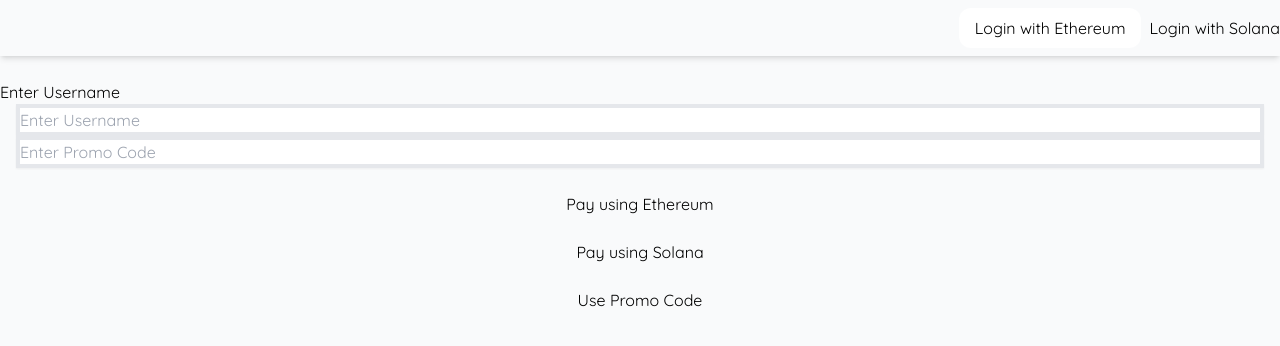
Repository: 22shivam/Polychain
Page: / (app in frontend/)
The author's editor kept a copy of each file at every save. The page is drawn from the files as they stood at one save, then again after a run of saves.
The browser window is 1280 px wide. The pictures show the whole page.
The page's requests for data from a server got no answer. The project was rebuilt for these pictures with package versions that can differ from the ones it lists, and the page was loaded fresh each time. The framework's server and built-in components were replaced by stand-ins that run in the browser. No one was signed in, and anything a server would have sent is missing. Also part of the build but not shown: frontend/next.config.js.

Above is the page before, as saved 2022-01-01 11:47:56.

### frontend/pages/_app.js
import React from 'react';
import '../styles/globals.css'
import { useState, createContext } from 'react';

const UserContext = createContext({
  userAccount: "",
  setUserAccount: () => { }
});

function MyApp({ Component, pageProps }) {
  const [userAccount, setUserAccount] = useState({});
  const value = { userAccount, setUserAccount };
  console.log(userAccount)


  return (
    <UserContext.Provider value={value}>
      <Component {...pageProps} />
    </UserContext.Provider>
  )
}

export default MyApp
export { UserContext };

### frontend/pages/_document.js
import Document, { Html, Head, Main, NextScript } from 'next/document'

class MyDocument extends Document {
    render() {
        return (
            <Html>
                <Head>
                    <script src="https://cdn.jsdelivr.net/gh/alpinejs/alpine@v2.x.x/dist/alpine.min.js" defer></script>
                    <link rel="preconnect" href="https://fonts.googleapis.com" />
                    <link rel="preconnect" href="https://fonts.gstatic.com" crossorigin />
                    <link href="https://fonts.googleapis.com/css2?family=Quicksand:wght@300;400;500;600;700&display=swap" rel="stylesheet" />
                </Head>
                <body className='bg-gray-50'>
                    <Main />
                    <NextScript />
                </body>
            </Html>
        )
    }
}

export default MyDocument

### frontend/pages/index.js
import { useState, useEffect, useContext } from "react";
import transferSOL from "../lib/transferSol";
import transferEth from "../lib/transferEth";
import createPostRequest from "../lib/createPostRequest";
import { ethers } from "ethers";
import Link from 'next/link'
import getSolanaProvider from "../lib/getSolanaProvider";
import { UserContext } from "./_app";
import * as web3 from "@solana/web3.js";

export default function App() {
    console.log("rerendering")
    const [username, setUsername] = useState("")
    const [promoCode, setPromoCode] = useState("");
    const { userAccount, setUserAccount } = useContext(UserContext);

    const handleLogout = async () => {
        console.log(userAccount.blockchain)
        if (userAccount.blockchain == "sol") {
            window.solana.disconnect()
        }
        const response = await fetch("http://localhost:3001/logout", {
            credentials: 'include'
        })

        const processedResponse = await response.json()
        console.log(processedResponse)
        setUserAccount({})
    }

    useEffect(() => {
        // ask them to login either through solana or eth
        (async () => {
            console.log("fetching username details")
            const response = await fetch("http://localhost:3001/isLoggedIn", {
                credentials: 'include'
            })
            const processedResponse = await response.json()
            console.log("processedResponse", processedResponse)
            if (!processedResponse.isLoggedIn) {
                return console.log("please login first")
            } else {
                setUserAccount({ address: processedResponse.address, blockchain: processedResponse.blockchain })
            }
        })()
    }, [])

    useEffect(() => {
        if (window.ethereum) {
            window.ethereum.on('accountsChanged', handleLogout);
        }
        if (window.solana) {
            window.solana.on("disconnect", handleLogout)
        }
        return () => {
            if (window.ethereum) {
                window.ethereum.removeListener('accountsChanged', handleLogout);
            }
            if (window.solana) {
                window.solana.removeListener("disconnect", handleLogout);
            }
        }
    }, [])

    const registerUsingPromoCode = async (e) => {

        if (!window.ethereum)
            throw new Error("No Ethereum Crypto wallet found. Please install it.");
        // await window.ethereum.send("eth_requestAccounts");
        // const accounts = await window.ethereum.request({ method: 'eth_accounts' });
        if (!userAccount.address) {
            // ask them to login either through solana or eth
            return console.log("please login first")
        }

        const requestObject = {
            username,
            promoCode,
            address: userAccount.address,
            blockchain: userAccount.blockchain
        }

        try {
            const registrationResponse = await createPostRequest("http://localhost:3001/register/promo", requestObject)
            console.log(registrationResponse)
        } catch (err) { console.log("registration failed:", err) }

    }

    const registerUsingSolana = async (e) => {
        const coinbaseResponse = await fetch("https://api.coinbase.com/v2/exchange-rates")
        const data = await coinbaseResponse.json()
        const solPerUSD = data.data.rates.SOL
        const SOLpayValue = solPerUSD * 5
        const hash = await transferSOL(SOLpayValue, "AA6bqLgTzYPpFFH2R9XLdudibWcemLkKDRtZmPQEsEiS", setUserAccount);
        if (!hash) { return }

        const requestObject = {
            hash,
            username
        }

        try {
            const registrationResponse = await createPostRequest("http://localhost:3001/register/sol", requestObject)
            console.log(registrationResponse)
        } catch (err) { console.log("registration failed:", err) }


    }

    const registerUsingEthereum = async (e) => {
        // make get request to https://api.coinbase.com/v2/exchange-rates
        // get the USD value of ETH
        const coinbaseResponse = await fetch("https://api.coinbase.com/v2/exchange-rates")
        const data = await coinbaseResponse.json()
        const ethPerUSD = data.data.rates.ETH
        const ETHpayValue = ethPerUSD * 5

        const tx = await transferEth({
            ether: ETHpayValue.toString(),
            addr: "0x76aEB5092D8eabCec324Be739b8BA5dF473F0055"
        }, setUserAccount)
        if (!tx) { return }

        const requestObject = {
            tx,
            username
        }
        try {
            const registrationResponse = await createPostRequest("http://localhost:3001/register/eth", requestObject)
            console.log(registrationResponse)
        } catch (err) { console.log("registration failed:", err) }
    }

    const ethLogin = async (e) => {
        try {
            if (!window.ethereum)
                throw new Error("No Ethereum Crypto wallet found. Please install it.");
            // await window.ethereum.send("eth_requestAccounts");
            // const accounts = await window.ethereum.request({ method: 'eth_accounts' });
            const accounts = await window.ethereum.request({
                method: "wallet_requestPermissions",
                params: [{
                    eth_accounts: {}
                }]
            }).then(() => ethereum.request({
                method: 'eth_requestAccounts'
            }))
            // const accounts = await ethereum.request({ method: "eth_requestAccounts" })
            const provider = new ethers.providers.Web3Provider(window.ethereum);
            const signer = provider.getSigner();
            const message = `Logging in.... \n \n Random ID: ${Math.random().toString(36).slice(2)}`
            const signature = await signer.signMessage(message)
            const requestObject = {
                signature,
                message,
                address: accounts[0]
            }
            const loginResponse = await createPostRequest("http://localhost:3001/login/eth", requestObject)

            if (loginResponse.success) {
                setUserAccount({ address: accounts[0], blockchain: "eth" })
            }

            console.log(loginResponse)
        } catch (err) { console.log(err) }

    }

    const solLogin = async (e) => {
        try {
            const provider = await (async () => {
                if ("solana" in window) {
                    // await window.solana.request({ method: "disconnect" });
                    await window.solana.connect();
                    const provider = window.solana;
                    console.log("Is Phantom installed?  ", provider.isPhantom);
                    return provider
                } else {
                    window.open("https://www.phantom.app/", "_blank");
                }
            })()
            const message = `Logging in.... \n \n Random ID: ${Math.random().toString(36).slice(2)}`
            const encodedMessage = new TextEncoder().encode(message);
            const signedMessage = await window.solana.signMessage(encodedMessage, "utf8")
            console.log(JSON.parse(JSON.stringify(signedMessage.publicKey)).toString())
            console.log(signedMessage.publicKey.toBase58()) // returns publickey in base58.
            console.log(new web3.PublicKey(signedMessage.publicKey.toBase58()))
            console.log(Object.getPrototypeOf(signedMessage.publicKey))
            console.log(signedMessage.publicKey)
            console.log(signedMessage.publicKey)
            console.log(signedMessage.publicKey._bn)
            console.log(signedMessage)
            console.log(JSON.stringify(signedMessage))


            const requestObject = {
                signedMessage: signedMessage,
                message,
                address: signedMessage.publicKey.toBytes(),
                publicKey: signedMessage.publicKey.toBase58()

            }
            const loginResponse = await createPostRequest("http://localhost:3001/login/sol", requestObject)

            if (loginResponse.success) {
                setUserAccount({ address: signedMessage.publicKey.toString(), blockchain: "sol" })
            }

            console.log(loginResponse)
        } catch (err) { console.log(err) }
    }


    return (
        <div className="flex flex-col">
            <div className="flex flex-row shadow-md" id="nav_bar">
                <div className="grow-0" id="left_nav_bar"> </div>
                <div className="grow" id="spacer">  </div>
                <div className="grow-0" id="right_nav_bar">
                    {userAccount.address ?
                        <div>
                            <h1><Link href="/dashboard">Dashboard</Link></h1>
                            <button onClick={handleLogout}>Logout</button>
                        </div>
                        : (
                            <div>
                                <button className="px-4 py-2 hover:shadow-md bg-white rounded-xl m-2" onClick={ethLogin}>Login with Ethereum</button>
                                <button onClick={solLogin}>Login with Solana</button>
                            </div>
                        )}


                </div>
            </div>

            <br />
            <h1> Enter Username </h1>
            <input value={username} onChange={(e) => { setUsername(e.target.value) }} className="shadow-sm mr-4 ml-4 border-4" name="ether" type="text" placeholder="Enter Username" />
            <input value={promoCode} onChange={(e) => { setPromoCode(e.target.value) }} className="shadow-sm mr-4 ml-4 border-4" name="ether" type="text" placeholder="Enter Promo Code" />
            <br />
            <button onClick={registerUsingEthereum}>Pay using Ethereum</button>
            <br />
            <button onClick={registerUsingSolana}>Pay using Solana</button>
            <br />
            <button onClick={registerUsingPromoCode}>Use Promo Code</button>
        </div>

    );
}

### frontend/styles/globals.css
@tailwind base;
@tailwind components;
@tailwind utilities;

html,
body {
  padding: 0;
  margin: 0;
  font-family: Quicksand, -apple-system, BlinkMacSystemFont, Segoe UI, Roboto, Oxygen,
    Ubuntu, Cantarell, Fira Sans, Droid Sans, Helvetica Neue, sans-serif;
}

a {
  color: inherit;
  text-decoration: none;
}

* {
  box-sizing: border-box;
}

### frontend/lib/transferSol.js
import getSolanaProvider from "./getSolanaProvider";
import * as web3 from '@solana/web3.js';

export default async function transferSOL(solAmount, toAddr, setUserAccount) {
    // Detecing and storing the phantom wallet of the user (creator in this case)
    var provider = await getSolanaProvider();

    // Establishing connection
    var connection = new web3.Connection(
        web3.clusterApiUrl('devnet'), // change to mainnet-beta when deploying
    );
    var recieverWallet = new web3.PublicKey(toAddr);
    console.log("pblickey of sender", provider.publicKey)
    var transaction = new web3.Transaction().add(
        web3.SystemProgram.transfer({
            fromPubkey: provider.publicKey,
            toPubkey: recieverWallet,
            lamports: solAmount * web3.LAMPORTS_PER_SOL
        }),
    );

    // Setting the variables for the transaction
    transaction.feePayer = await provider.publicKey;
    let blockhashObj = await connection.getRecentBlockhash();
    transaction.recentBlockhash = await blockhashObj.blockhash;
    // Request creator to sign the transaction (allow the transaction)
    let signed = await provider.signTransaction(transaction);
    // The signature is generated
    let hash = await connection.sendRawTransaction(signed.serialize());
    console.log(hash)
    // Confirm whether the transaction went through or not
    if (setUserAccount) {
        setUserAccount({ address: provider.publicKey, blockchain: "sol" })
    }
    await connection.confirmTransaction(hash);
    return hash
}

### frontend/lib/transferEth.js
import { ethers } from 'ethers'
import { toBn } from 'evm-bn';

const transferEth = async ({ ether, addr }, setUserAccount) => {
    try {
        if (!window.ethereum)
            throw new Error("No crypto wallet found. Please install it.");

        const accounts = await ethereum.request({ method: "eth_requestAccounts" })
        // await window.ethereum.request({ method: 'eth_accounts' });
        const provider = new ethers.providers.Web3Provider(window.ethereum);
        const signer = provider.getSigner();
        const tx = await signer.sendTransaction({
            to: addr,
            value: toBn(ether)
        });
        if (setUserAccount) {
            setUserAccount({ address: accounts[0], blockchain: "eth" })
        }
        return tx
    } catch (err) {
        alert(err.message)
    }
};

export default transferEth

### frontend/lib/createPostRequest.js

const createPostRequest = async (url, requestObject) => {
    const response = await fetch(url, {
        method: 'POST', // *GET, POST, PUT, DELETE, etc.
        mode: 'cors', // no-cors, *cors, same-origin
        cache: 'no-cache', // *default, no-cache, reload, force-cache, only-if-cached
        credentials: 'include', // include, *same-origin, omit
        headers: {
            'Content-Type': 'application/json'
            // 'Content-Type': 'application/x-www-form-urlencoded',
        },
        redirect: 'follow', // manual, *follow, error
        referrerPolicy: 'no-referrer', // no-referrer, *no-referrer-when-downgrade, origin, origin-when-cross-origin, same-origin, strict-origin, strict-origin-when-cross-origin, unsafe-url
        body: JSON.stringify(requestObject) // body data type must match "Content-Type" header
    });

    const processedResponse = await response.json();

    return processedResponse
}

export default createPostRequest;

### frontend/lib/getSolanaProvider.js
const getSolanaProvider = async () => {
    if ("solana" in window) {
        await window.solana.connect();
        const provider = window.solana;
        if (provider.isPhantom) {
            console.log("Is Phantom installed?  ", provider.isPhantom);
            return provider;
        }
    } else {
        window.open("https://www.phantom.app/", "_blank");
    }
};

export default getSolanaProvider;

Loaded but not shown: frontend/tailwind.config.js (common file)

After the next 2 saves:
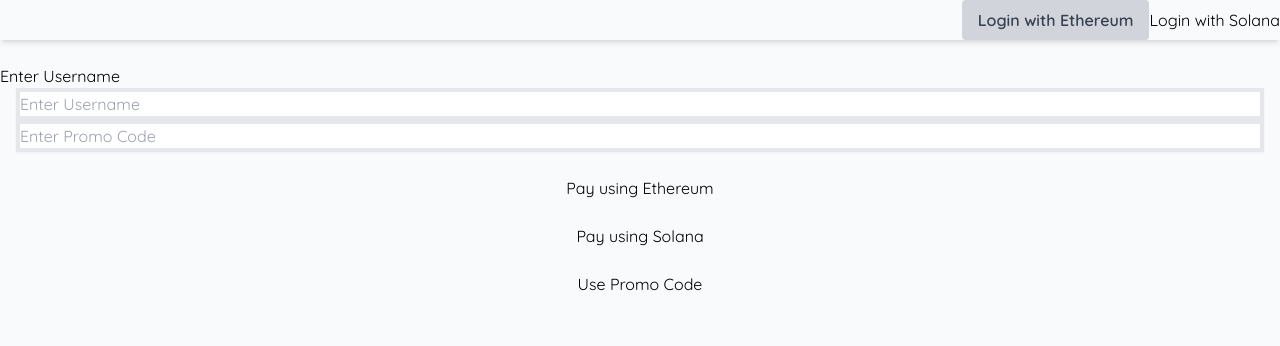
The 2 saves are shown as one change because 1 did not build or start.
The last was saved 101 s later.
--- a/frontend/pages/index.js
+++ b/frontend/pages/index.js
@@ -225,7 +225,7 @@ export default function App() {
                         </div>
                         : (
                             <div>
-                                <button className="px-4 py-2 hover:shadow-md bg-white rounded-xl m-2" onClick={ethLogin}>Login with Ethereum</button>
+                                <button className="bg-gray-300 text-gray-700 font-semibold py-2 px-4 rounded inline-flex items-center" onClick={ethLogin}>Login with Ethereum</button>
                                 <button onClick={solLogin}>Login with Solana</button>
                             </div>
                         )}
